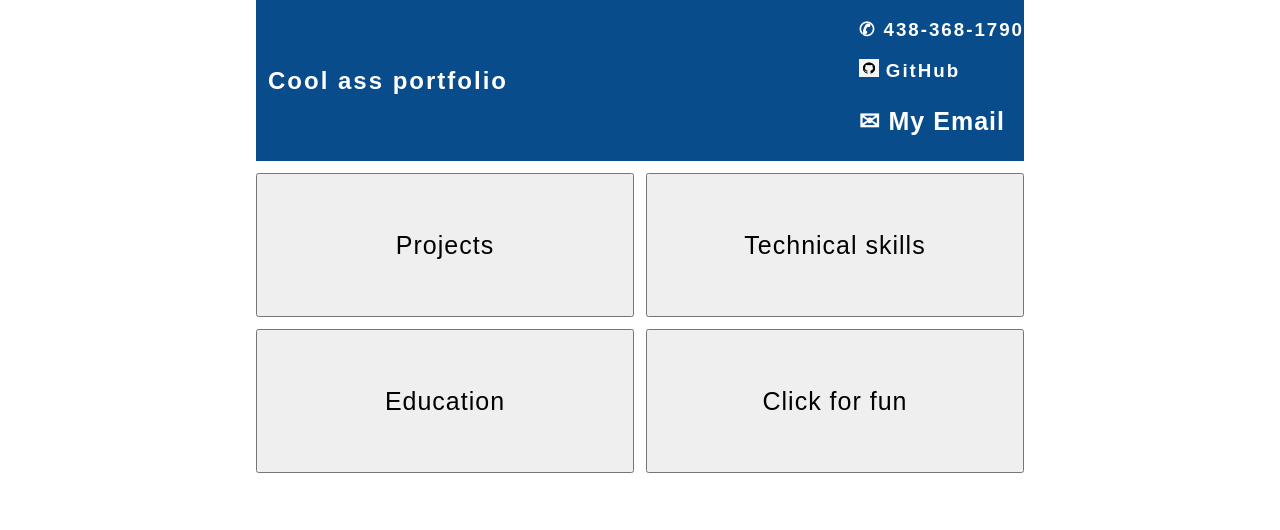
Repository: zackaroo20/zackaroo20
Page: index.html
An editor plug-in stored every save of this project. The page is shown before and after the next save, followed by the edit.
The browser window is 1280 px wide. The pictures show the whole page.

Above is the page before, as saved 2026-05-13 11:11:53.

### index.html
<!doctype html>
<html lang="en">
  <head>
    <meta charset="UTF-8" />
    <meta name="viewport" content="width=device-width, initial-scale=1.0" />
    <title>Document</title>
    <link rel="stylesheet" href="./styles/index.css" />
  </head>
  <header>
        <section id="cap">
            <h1 >Cool ass portfolio</h1>
        </section>
        <aside>
            <h3> ✆ 438-368-1790</h3>
            <h3><a href="https://github.com/zackaroo20"><img src="/assets/specs/GHicon.png  " alt="git hub logo"> GitHub</a></h3>
            <h3><a href="emailto:tomjerrysc@gmail.com"><p class = longemail>✉ My Email</p></a></h3>



        </aside>

    </header>
    <body>
      <section>
        <button><p>Projects</p></button>
        <button><p>Technical skills</p></button>
        <button><p>Education</p></button>
        <button><p>Click for fun</p></button>


      </section>




    </body>
    <footer>






    </footer>

</html>

### styles/index.css
@page {
  size: A4;
}
@media screen and (min-width: 700px) {
  body {

    max-width: 768px;
    margin: 0 auto;
    padding: 0 1rem;

  }
}

header {
  font-family: Arial, Helvetica, sans-serif;
  letter-spacing: 2px;
  background-color: #084c8b;
  color: white;
  display: flex;
  justify-content: space-between;
  align-items: center;
  margin-bottom: 12px;
}
#cap {
  display: flex;

  justify-content: center;
  margin-left: 12px;
}
p {
  font-family: Arial, Helvetica, sans-serif;
  letter-spacing: 1px;
  font-size: 25px;
}

section {
  display: grid;
  grid-template-columns: repeat(2, 1fr);
  gap: 12px;
}
img {
  background-color: transparent;

  width: 20px;
  height: 18px;
}

h3 a {
  text-decoration: none;
  color: inherit;
}
button {
  height: 20vh;
  width: 100%;
}
.container {
  width: 100%;
  margin: 0 auto;
}

After the next save:
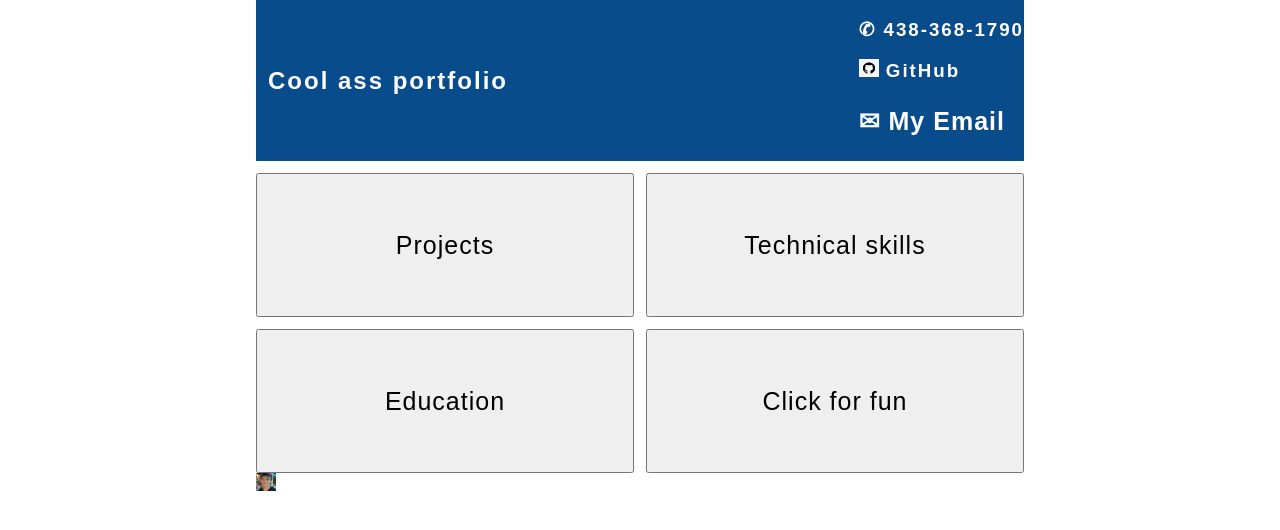
Saved 5 min 6 s later.
--- a/index.html
+++ b/index.html
@@ -35,6 +35,7 @@
 
     </body>
     <footer>
+      <img id ="my-face" alt="myfacepic" src="./assets/specs/IMG_1140.jpeg">
 
 
 
